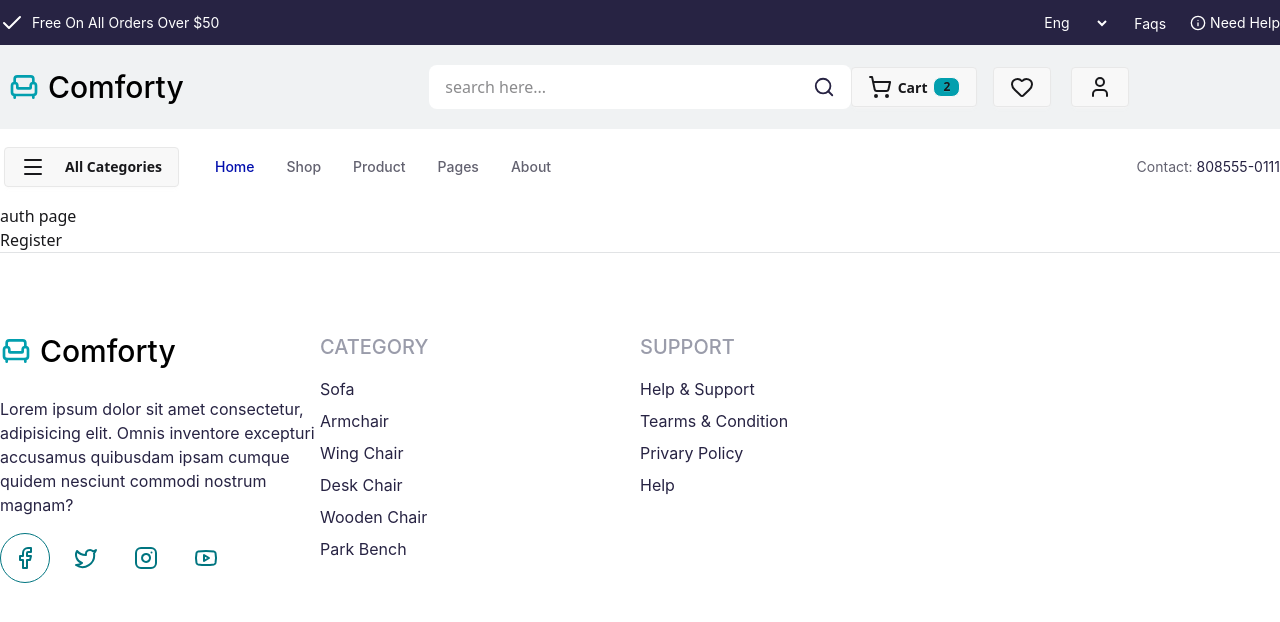
Repository: Neda0o0/store-template-website
Page: /auth/register
These files come from the project's save history. The page is drawn as it stood at one moment and after a run of saves; the edit follows.
The browser window is 1280 px wide. The pictures show the whole page.
The project was rebuilt for these pictures with package versions that can differ from the ones it lists, and the page was loaded fresh each time. Also part of the build but not shown: vite.config.js, src/components/Banner/Banner.jsx, src/components/Delivery/Delivery.jsx, src/components/Brand/Brand.jsx, src/components/SectionTitle/SectionTitle.jsx, src/components/Features/Features.jsx, src/components/Categories/Categories.jsx, src/components/Product/Product.jsx and 6 more.

Above is the page before, as saved 2025-10-27 16:52:59.

After the next 2 saves:
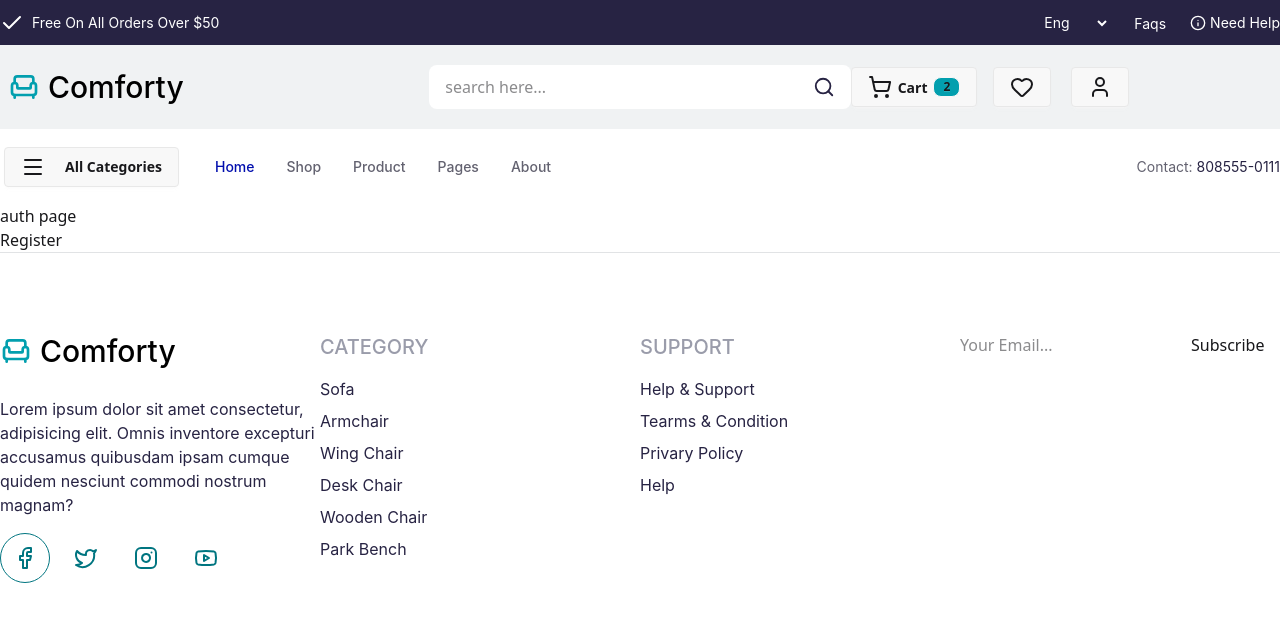
The 2 saves are shown as one change because they came seconds apart.
The last was saved 3 min 27 s later.
--- a/src/components/Footer/Footer.jsx
+++ b/src/components/Footer/Footer.jsx
@@ -104,6 +104,12 @@ const Footer = () => {
                 </li>
               </ul>
             </div>
+            <div className="newsletter">
+              <form action="#">
+                <input type="email" placeholder="Your Email..." />
+                <button>Subscribe</button>
+              </form>
+            </div>
           </div>
         </div>
       </div>
